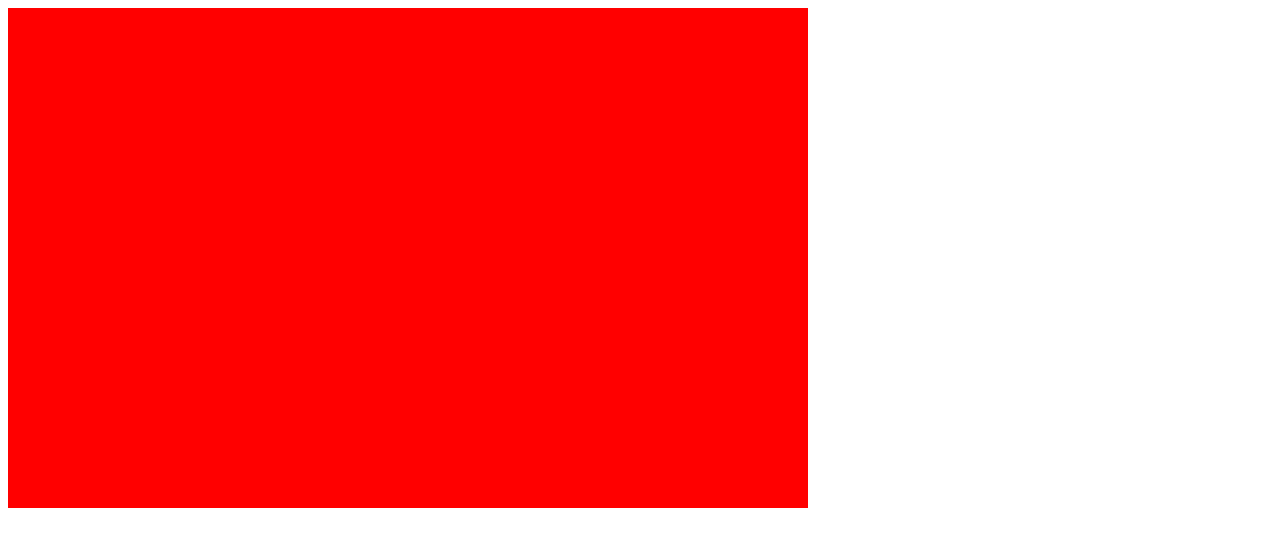
Repository: Seokho96/CSSPractice
Page: css/sample02/WebContent/index5.html
These files come from the project's save history. The page is drawn as it stood at one moment and after the next save; the edit follows.
The browser window is 1280 px wide. The pictures show the whole page.

Above is the page before, as saved 2020-07-13 03:10:58.

After the next save:
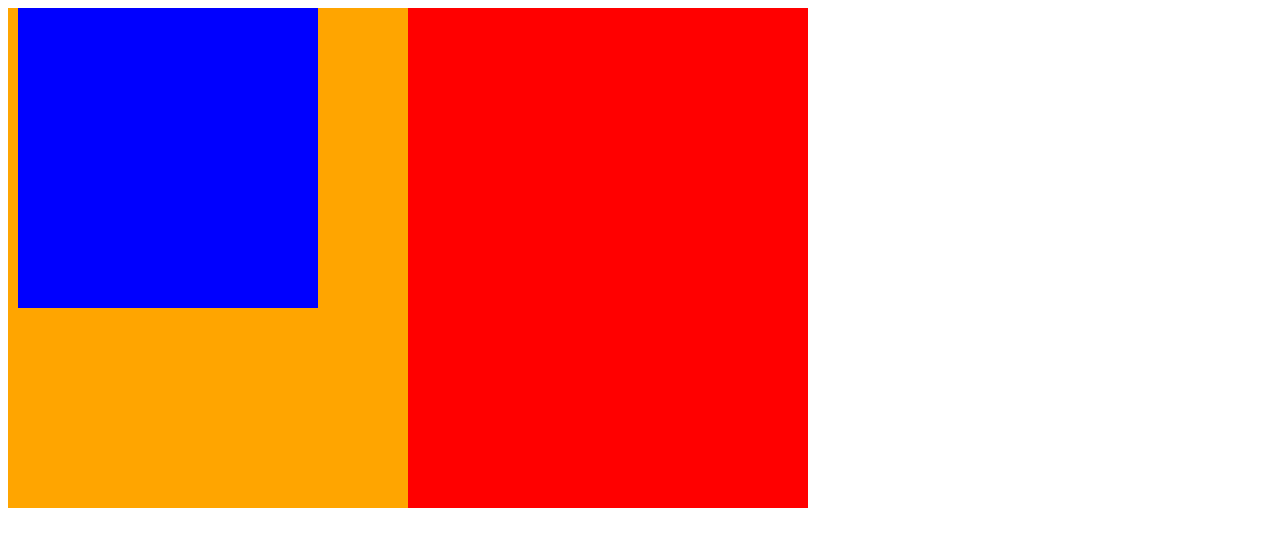
Saved 3 min 23 s later.
--- a/css/sample02/WebContent/index5.html
+++ b/css/sample02/WebContent/index5.html
@@ -11,7 +11,24 @@
    height: 500px;
    background-color: red;
 }
-
+#left{
+   width: 400px;
+   height: 500px;
+   background-color: orange;
+   float: left;
+}
+#right{
+   width: 400px;
+   height: 500px;
+   background-color: yellow;
+   float:''lfetS
+}
+#leftup{
+   width: 300px;
+   height: 300px;
+   background-color: blue;
+   margin-left: 10px;
+}
 </style>
 </head>
 <body>
